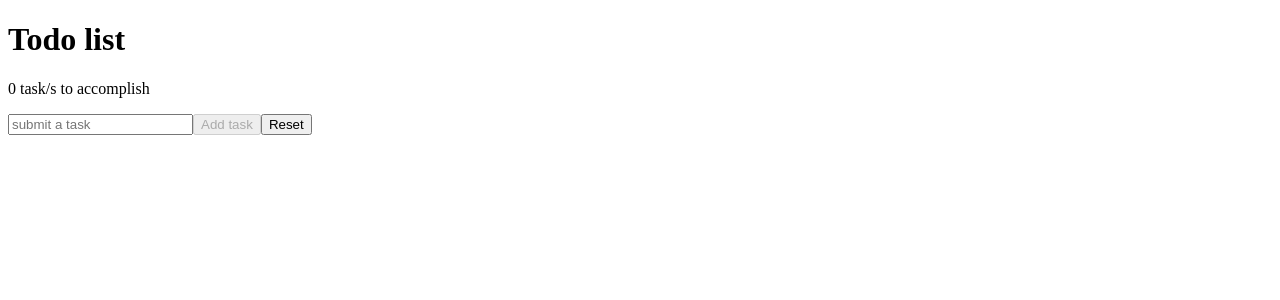
Repository: Ylan-sayada/todo-list
Page: /
These files come from the project's save history. The page is drawn as it stood at one moment and after a run of saves; the edit follows.
The browser window is 1280 px wide. The pictures show the whole page.
The project was rebuilt for these pictures with package versions that can differ from the ones it lists, and the page was loaded fresh each time.

Above is the page before, as saved 2021-05-28 18:04:20.

After the next 2 saves:
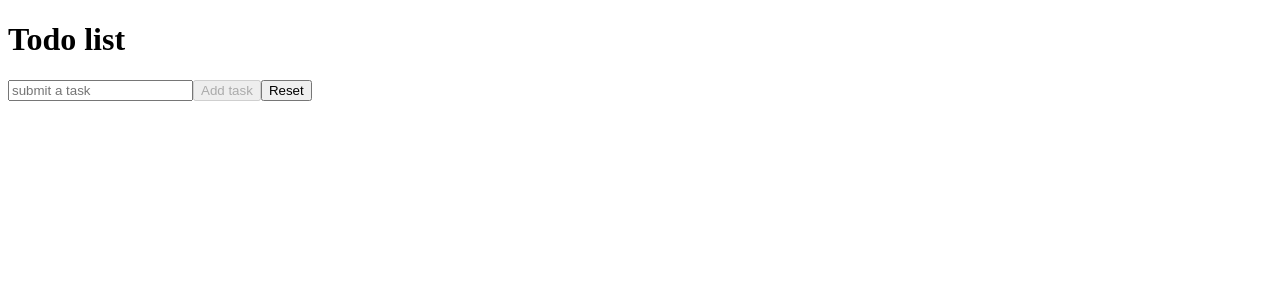
The 2 saves are shown as one change because 1 did not build or start.
The last was saved 5 min 10 s later.
--- a/src/components/TodoContainer.jsx
+++ b/src/components/TodoContainer.jsx
@@ -45,9 +45,9 @@ export default function TodoContainer() {
     }
     return (
         <div>
-        <p>{tasks.filter(el => !el.isAccomplished).length} task/s to accomplish</p>
+        {tasks.length>0&&<p>{tasks.filter(el => !el.isAccomplished).length} task/s to accomplish</p>}
         {tasks.length===5&& <p>Could not add more task!</p>}
-       <TodoInput resetHandler={reset} addItemHandler={addItem}/>
+       <TodoInput activeReset={tasks.length > 0 ? false : true } resetHandler={reset} addItemHandler={addItem}/>
        <TodoContent update={updateState} del={deleteItem} taskList={tasks}/>
         </div>
     )
